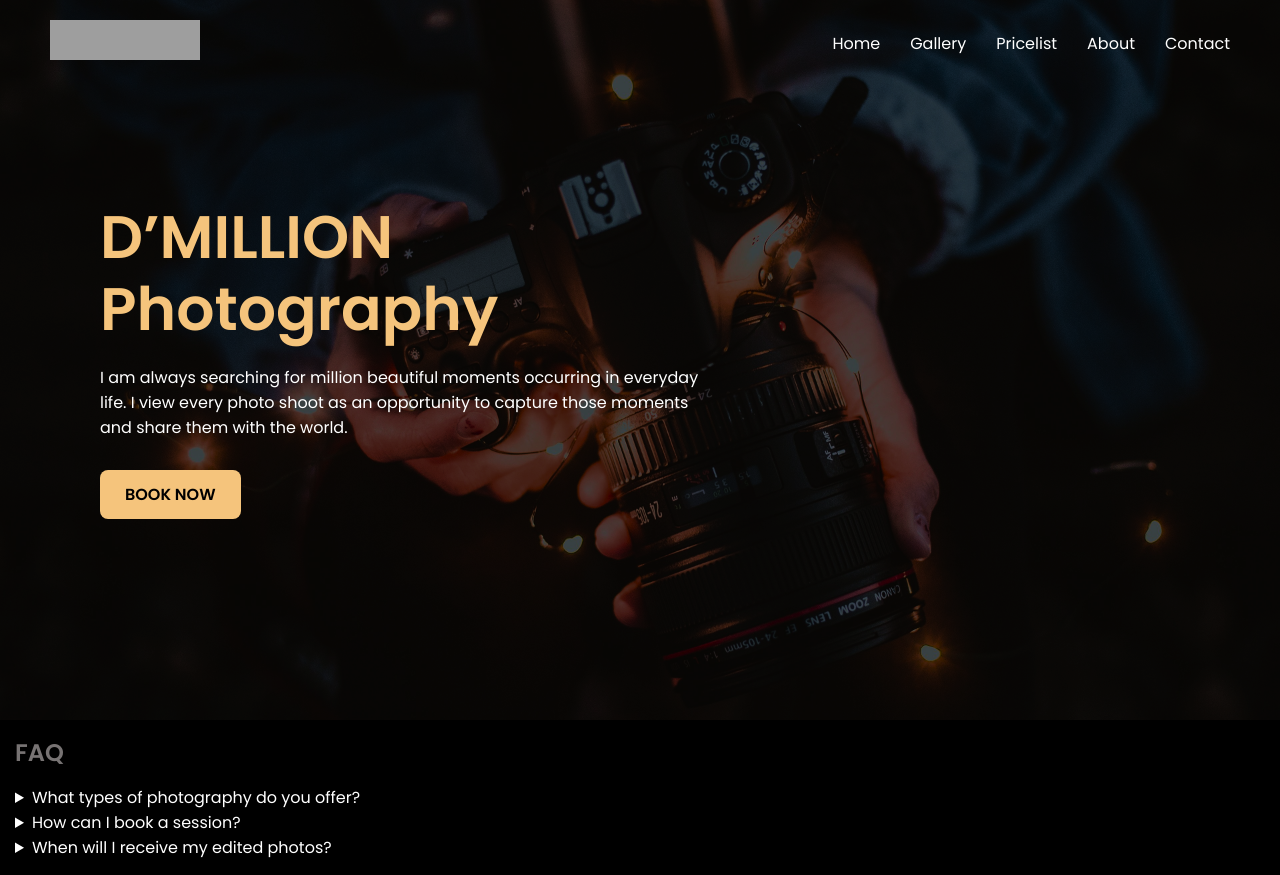
Repository: Diegoms0595/Diego-Final-project2
Page: index.html
The author's editor kept a copy of each file at every save. The page is drawn from the files as they stood at one save, then again after the next save.
The browser window is 1280 px wide. The pictures show the whole page.
Pictures or frames that could not be fetched are drawn as grey boxes.

Above is the page before, as saved 2025-06-04 10:21:33.

After the next save:
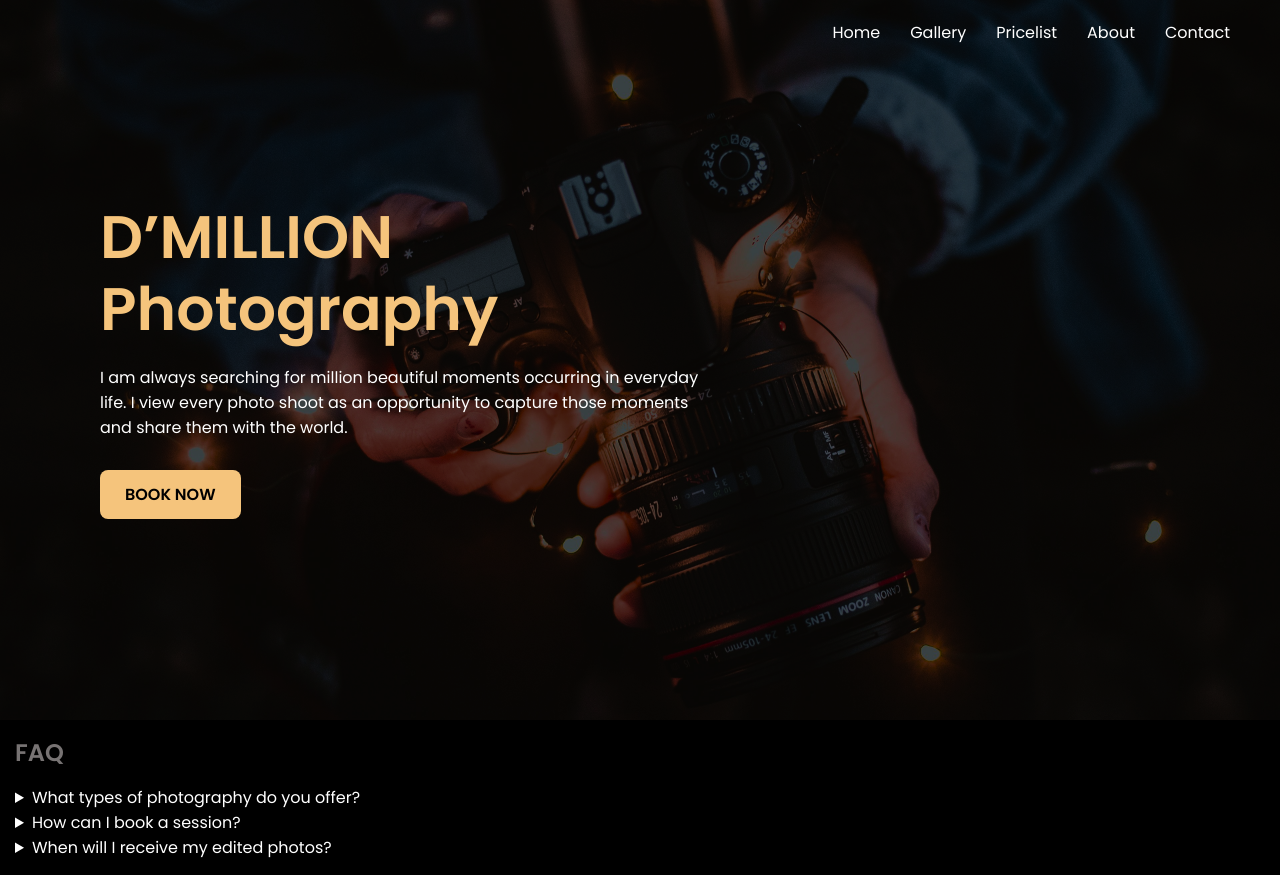
Saved 52 s later.
--- a/index.html
+++ b/index.html
@@ -14,7 +14,7 @@
     <picture>
       <source srcset="./Assets/Logo-large.png" media="(min-width: 768px)">
       <source srcset="./Assets/Logo-small.png" media="(max-width: 767px)">
-      <img src="./Assets/Logo.png" alt="D’MILLION Photography logo" loading="lazy" width="150" height="40">
+      <source srcset="./Assets/Logo.png" media="(min-width: 768px)">
     </picture>
   </a>
 </div>
